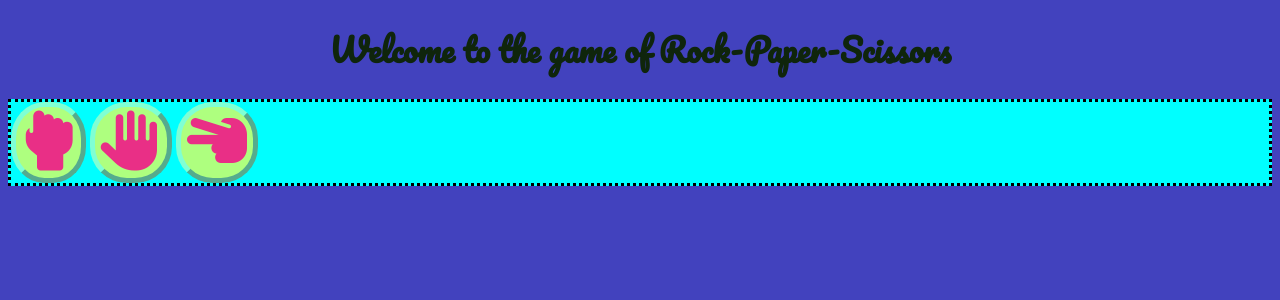
Repository: 0101chaitanya/Rock-Paper-Scissors
Page: index.html
These files come from the project's save history. The page is drawn as it stood at one moment and after the next save; the edit follows.
The browser window is 1280 px wide. The pictures show the whole page.
Some web libraries are served in a nearby version.

Above is the page before, as saved 2021-05-14 18:35:46.
Not found: linkk.js

After the next save:
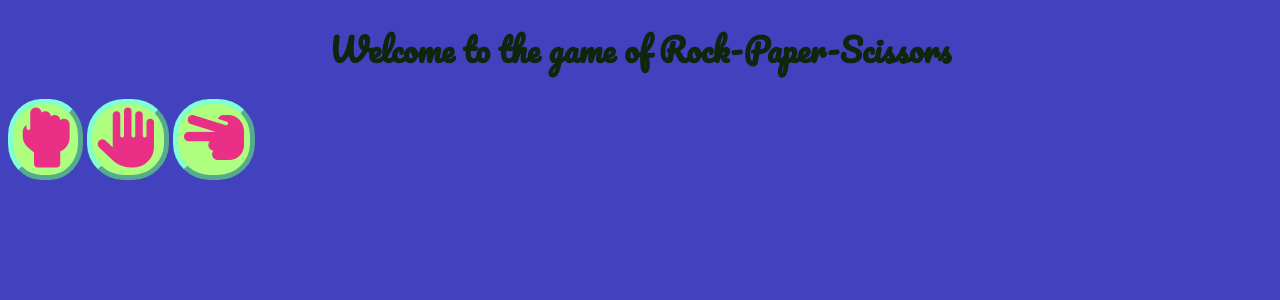
Saved 20 s later.
--- a/style.css
+++ b/style.css
@@ -7,7 +7,7 @@ h1  {
        text-align: center;
      color:rgb(15, 37, 12) ;
     }
- .hold {
+ #hold {
 border-style:dotted;
 background-color:aqua;
     }

After the save that followed:
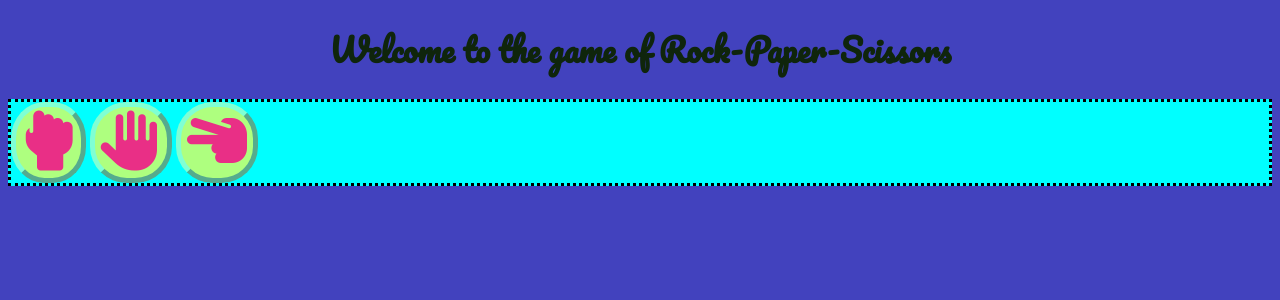
Saved 73 s later.
--- a/index.html
+++ b/index.html
@@ -12,7 +12,7 @@
 
 <body>
     <h1 id="welcome">Welcome to the game of Rock-Paper-Scissors</h1>
-    <div class="hold">
+    <div id="hold">
         <button class="square" id="holder1" href="#"><i class="fas fa-hand-rock"></i></button>
 
         <button class="square" id="holder2" href="#"><i class="fas fa-hand-paper"></i></button>
